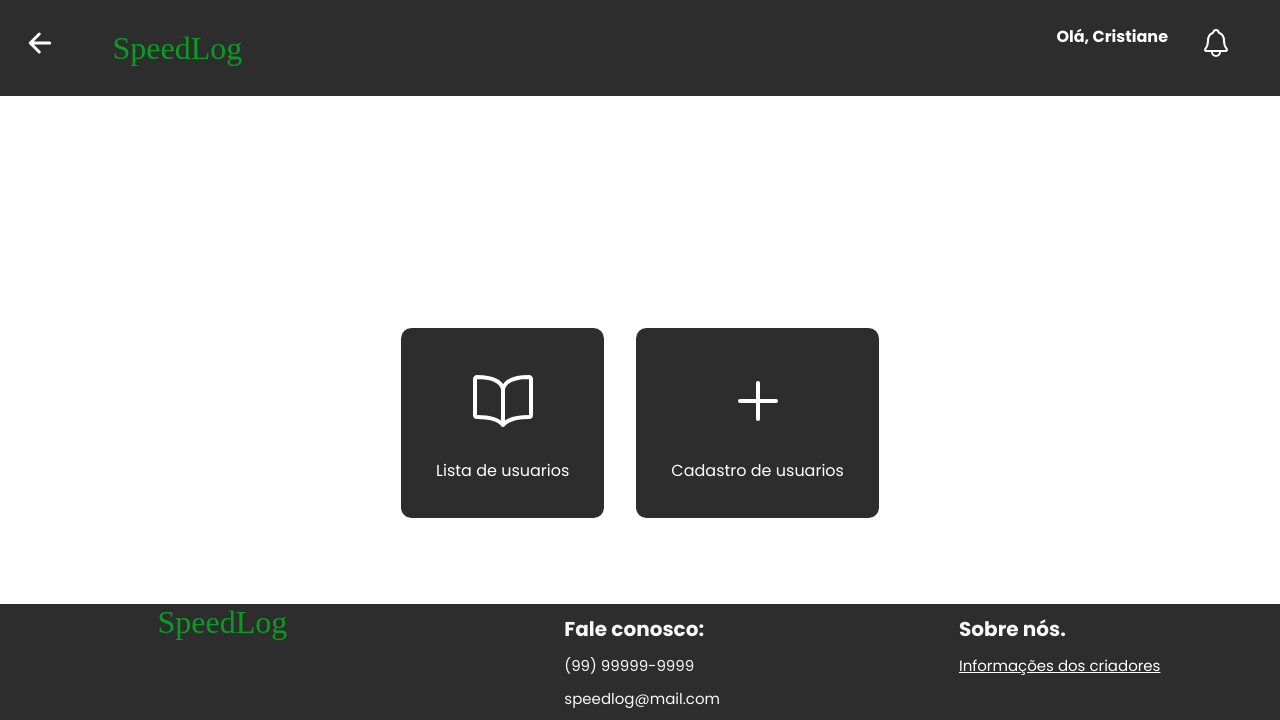
Repository: crisholiveira/speedlog
Page: http://localhost/usuarios
An editor plug-in stored every save of this project. The page is shown before and after the next save, followed by the edit.
The browser window is 1280 px wide. The pictures show the whole page.
Some web fonts or font styles are not loaded; a fallback is used. The page is served by the project's Node server (app.js). Other server files are loaded and not shown.

Above is the page before, as saved 2022-01-29 13:50:02.

### views/usuarios.ejs
<%- include('./partials/header.ejs') %>

<link rel="stylesheet" href="/stylesheets/usuarios.css">
<body>

    <section>

        <div id="grandeCaixa">

            <div class="caixinha">
                <a href="#">
                    <ion-icon name="book-outline"></ion-icon>
                </a>
                <p>Lista de usuarios</p>
            </div>

            <div class="caixinha">
                <a href="#">
                    <ion-icon name="add-outline"></ion-icon>
                </a>
                <p>Cadastro de usuarios</p>
            </div>

        </div>

        <script type="module" src="https://unpkg.com/ionicons@5.5.2/dist/ionicons/ionicons.esm.js"></script>
    </section>


</body>

<%- include('./partials/footer.ejs') %>

### views/partials/header.ejs
<!DOCTYPE html>
<html lang="en">

<head>
    <meta charset="UTF-8">
    <meta http-equiv="X-UA-Compatible" content="IE=edge">
    <meta name="viewport" content="width=device-width, initial-scale=1.0">
    <link rel="stylesheet" href="/stylesheets/header.css">
    <title>SpeedLog</title>
</head>
<header>
    <div id="menu-header">
        <div class="header-container">
            <span class="icone-voltar"><a href="/home"><ion-icon name="arrow-back-outline"></ion-icon></a>

            </span>
            <span class="logo">SpeedLog</span>
            <span class="icone-notificacao">
                <ion-icon name="notifications-outline"></ion-icon>
            </span>
            <span class="bem-vindo">
                <h4>Olá, Cristiane</h4>
            </span>
        </div>
    </div>
</header>
<script type="module" src="https://unpkg.com/ionicons@5.5.2/dist/ionicons/ionicons.esm.js"></script>
<script nomodule src="https://unpkg.com/ionicons@5.5.2/dist/ionicons/ionicons.js"></script>

### views/partials/footer.ejs
<!DOCTYPE html>
<html lang="en">
<head>
    <meta charset="UTF-8">
    <meta http-equiv="X-UA-Compatible" content="IE=edge">
    <meta name="viewport" content="width=device-width, initial-scale=1.0">
    <title>Document</title>
    <link rel="stylesheet" href="/stylesheets/footer.css">
</head>

<footer>

    <div class="footer">

        <div class="caixa1">
            <span class="logo"> SpeedLog </span>
        </div>

        <div class="caixa2">

            <ul>
            <li class="titulo"><b>Fale conosco:</b> </li>
            <li >(99) 99999-9999</li>
            <li>speedlog@mail.com</li>
            </ul>

        </div>

        <div class='caixa3'>
            <ul>
                <li class="titulo"><b>Sobre nós.</b></li>
                <li><a href="#" style="color: white">Informações dos criadores</a></li>
            </ul>
        </div>


    </div>

</footer>

### app.js
var createError = require('http-errors');
var express = require('express');
var path = require('path');
var cookieParser = require('cookie-parser');
var logger = require('morgan');

var indexRouter = require('./routes/index');
var usersRouter = require('./routes/users');
var homeRouter = require('./routes/home');
var perfilRouter = require('./routes/perfil');
var requisicoesRouter = require('./routes/requisicoes');
var estoqueRouter = require('./routes/estoque');
var usuariosRouter = require('./routes/usuarios');
var produtosRouter = require('./routes/produtos');
var cadUsuarioRouter = require('./routes/cadUsuario');



var app = express();

// view engine setup
app.set('views', path.join(__dirname, 'views'));
app.set('view engine', 'ejs');

app.use(logger('dev'));
app.use(express.json());
app.use(express.urlencoded({ extended: false }));
app.use(cookieParser());
app.use(express.static(path.join(__dirname, 'public')));

app.use('/', indexRouter);
app.use('/users', usersRouter);
app.use('/home', homeRouter);
app.use('/perfil', perfilRouter);
app.use('/requisicoes', requisicoesRouter);
app.use('/estoque', estoqueRouter);
app.use('/usuarios', usuariosRouter);
app.use('/produtos', produtosRouter);
app.use('/cadastroDeUsuario', cadUsuarioRouter);


// catch 404 and forward to error handler
app.use(function(req, res, next) {
  next(createError(404));
});

// error handler
app.use(function(err, req, res, next) {
  // set locals, only providing error in development
  res.locals.message = err.message;
  res.locals.error = req.app.get('env') === 'development' ? err : {};

  // render the error page
  res.status(err.status || 500);
  res.render('error');
});

module.exports = app;

### controllers/usuariosController.js
const usuariosController = {
    index: (req, res) => {

        res.render('usuarios')
    }
}
module.exports = usuariosController

### public/stylesheets/header.css
@import url('https://fonts.googleapis.com/css2?family=Poppins:wght@100;200;300;400;500;600;700&display=swap');
@import url('https://fonts.googleapis.com/css2?family=Patrick+Hand&display=swap');

*{
    padding: 0;
    margin: 0;
    box-sizing: border-box;
    border: none;
    font-family: 'Poppins'
}

header {
    min-height: 10vh;
    background-color:#2d2d2d;

}

.header-container a {
    color: white;
}



.header-container {
    padding: 1.5rem;

}

.logo {
    color:#099c22;
    font-family: 'Patrick Hand', cursive;
    font-size: 2rem;
    padding: 3rem;

}


.icone-voltar {
    font-size: 2rem;
    color: white;



}

.icone-notificacao {
    font-size: 2rem;
    color: white;
    float: right;
    padding-right: 1.5rem;

}

.bem-vindo {
    color: white;
    float: right;

}
.bem-vindo h4 {
    padding-right: 2rem;
}
@media (max-width: 768px){
    .logo{
        display: none;
    }
}

### public/stylesheets/usuarios.css
@import url('https://fonts.googleapis.com/css2?family=Poppins:wght@100;200;300;400;500;600;700&display=swap');

*{
    padding: 0;
    margin: 0;
    box-sizing: border-box;
    border: none;
    font-family: 'Poppins';

}

.caixinha{
        background-color:#2d2d2d;
        min-height: 20vh;
        min-width: 25vh;
        margin: 1rem;
        padding: 35px;
        border-radius: 10.5px;
        text-align: center;

}

p, a {
    color: white;

}

#grandeCaixa{
    display: flex;
    justify-content: center;
    margin-top: 30vh;
}

.caixinha a{
        font-size: 4rem;
}

### public/stylesheets/footer.css
*{
    padding: 0;
    margin: 0;
    box-sizing: border-box;
    border: none;
    font-family: 'Poppins'
}

footer{
    min-height: 10vh;
    background-color:#2d2d2d;
    color: rgb(248, 248, 248);
    bottom: 0;
    left: 0;
    position: fixed;
    width: 100%;
}

.logo{
    color:#099c22;
    font-family: 'Patrick Hand', cursive;
    font-size: 2rem;
    text-align: center;
}

ul{

    list-style: none;


}

li{
    margin: 10px;
    font-size: 15px;

}

.footer{
    display: flex;
    justify-content: space-around;


}

.titulo{
    font-size: 20px;
}

After the next save:
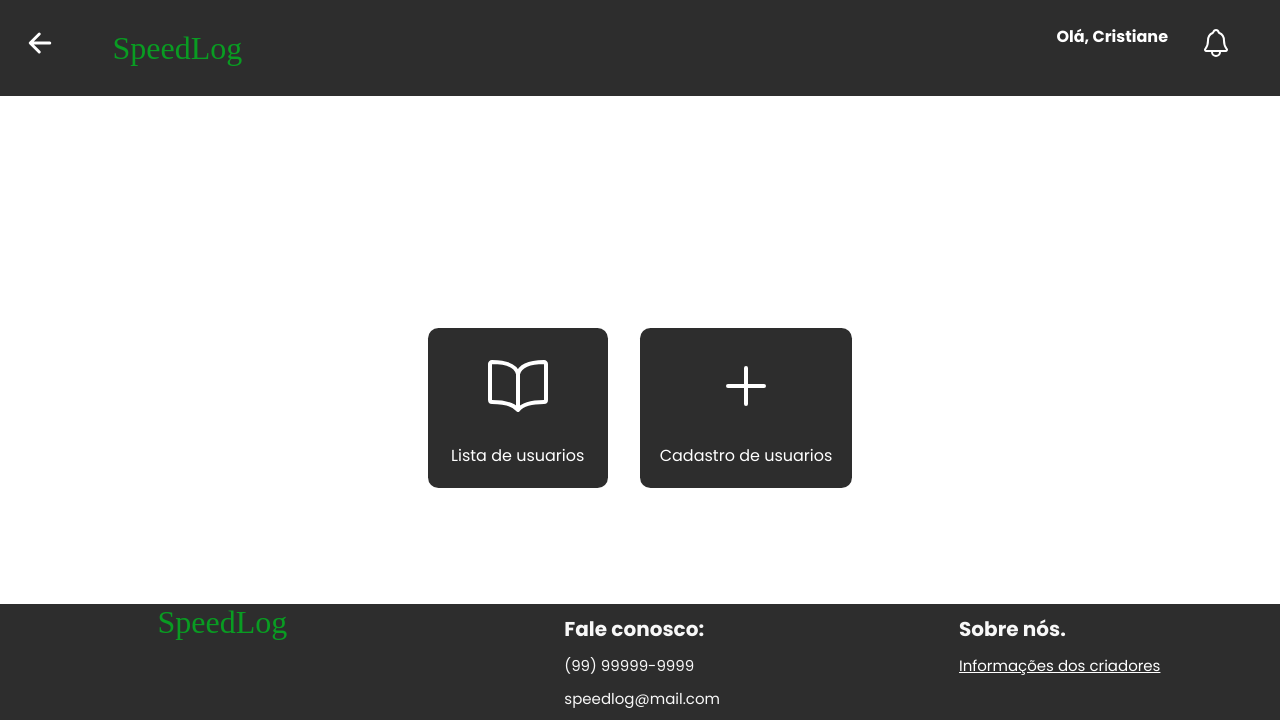
Saved 73 s later.
--- a/public/stylesheets/usuarios.css
+++ b/public/stylesheets/usuarios.css
@@ -14,7 +14,7 @@
         min-height: 20vh;
         min-width: 25vh;
         margin: 1rem;
-        padding: 35px;
+        padding: 20px;
         border-radius: 10.5px;
         text-align: center;
 

After the save that followed:
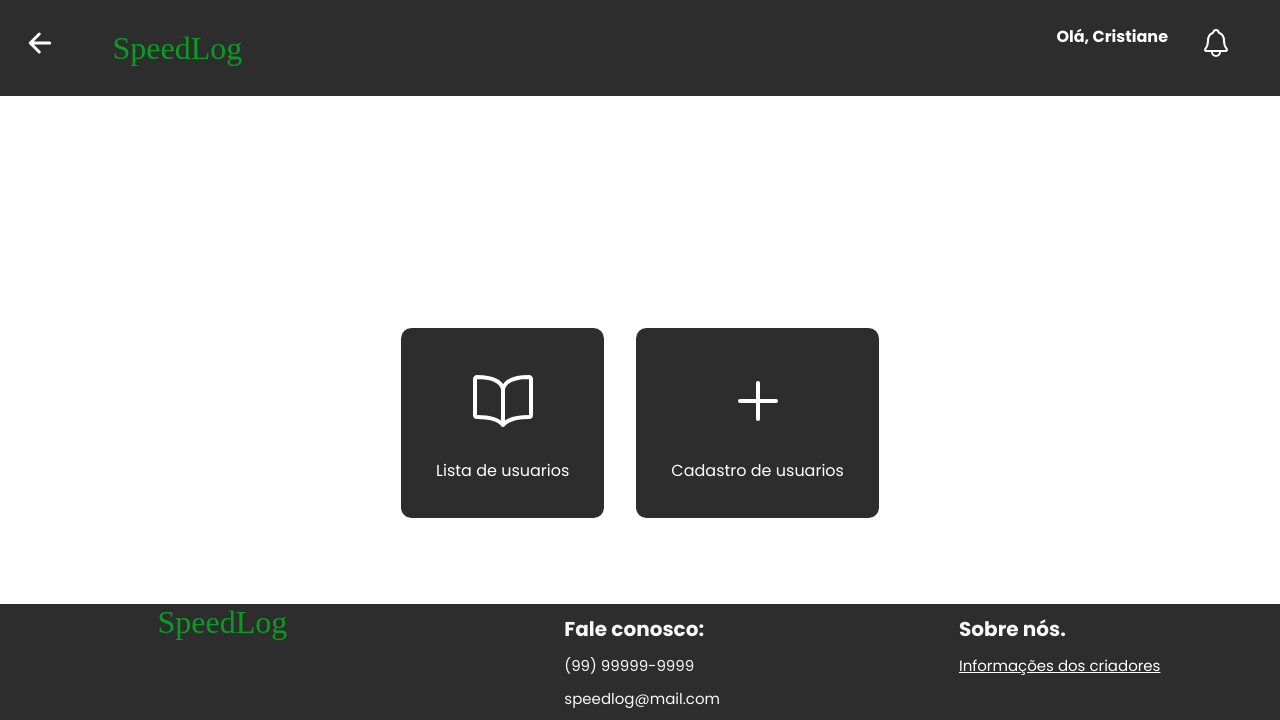
Saved 64 s later.
--- a/public/stylesheets/usuarios.css
+++ b/public/stylesheets/usuarios.css
@@ -14,7 +14,7 @@
         min-height: 20vh;
         min-width: 25vh;
         margin: 1rem;
-        padding: 20px;
+        padding: 35px;
         border-radius: 10.5px;
         text-align: center;
 
